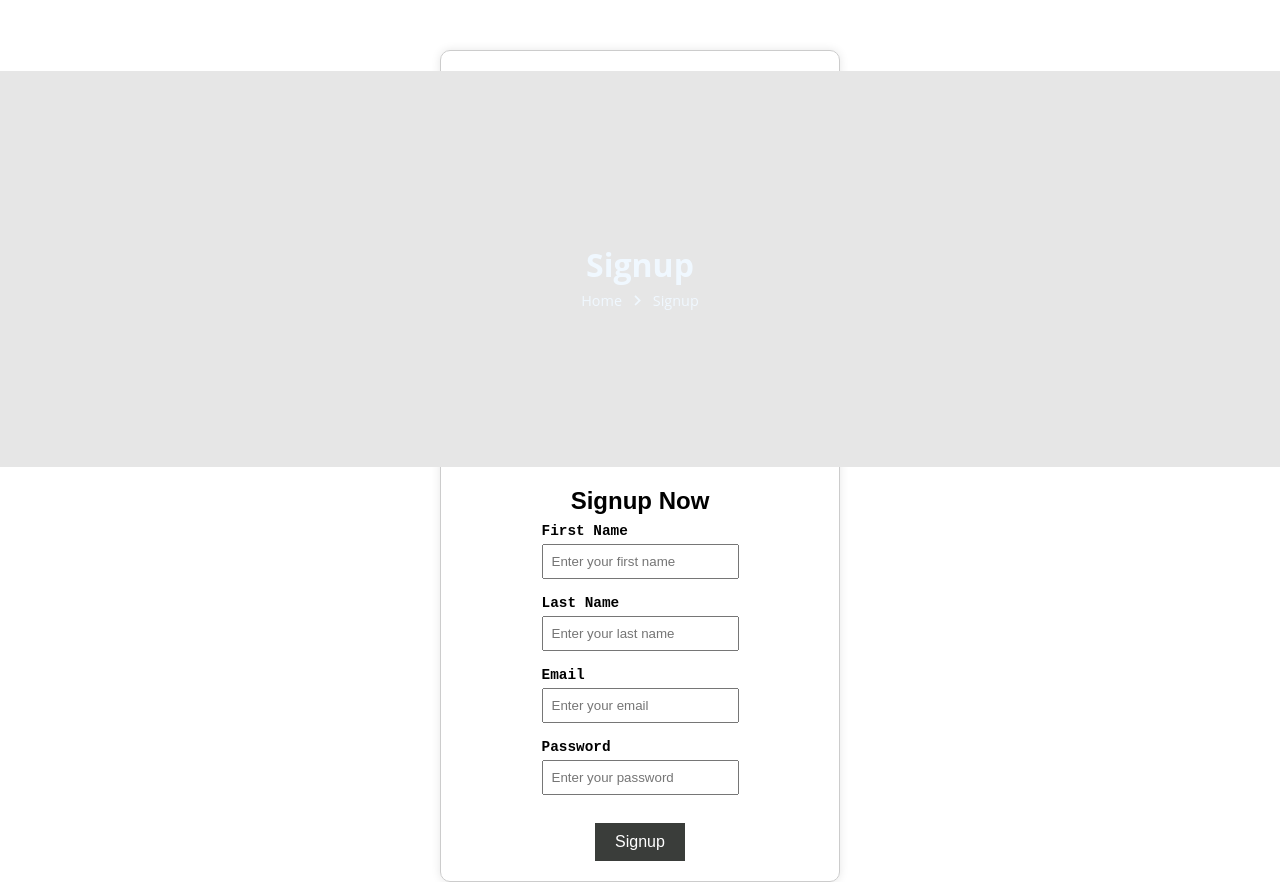
Repository: jkvekariya/Online-store-Management
Page: /auth/signup (app in frontend/client/)
These files come from the project's save history. The page is drawn as it stood at one moment and after the next save; the edit follows.
The browser window is 1280 px wide. The pictures show the whole page.
The project was rebuilt for these pictures with package versions that can differ from the ones it lists, and the page was loaded fresh each time. Also part of the build but not shown: frontend/client/vite.config.js, frontend/client/src/css/header.css, frontend/client/src/css/sidebar.css, frontend/client/src/components/Sidebar.jsx, frontend/client/src/context/CartContext.jsx, frontend/client/src/components/Header.jsx, frontend/client/src/css/footer.css, frontend/client/src/components/Footer.jsx and 11 more.

Above is the page before, as saved 2026-01-02 13:35:20.

After the next save:
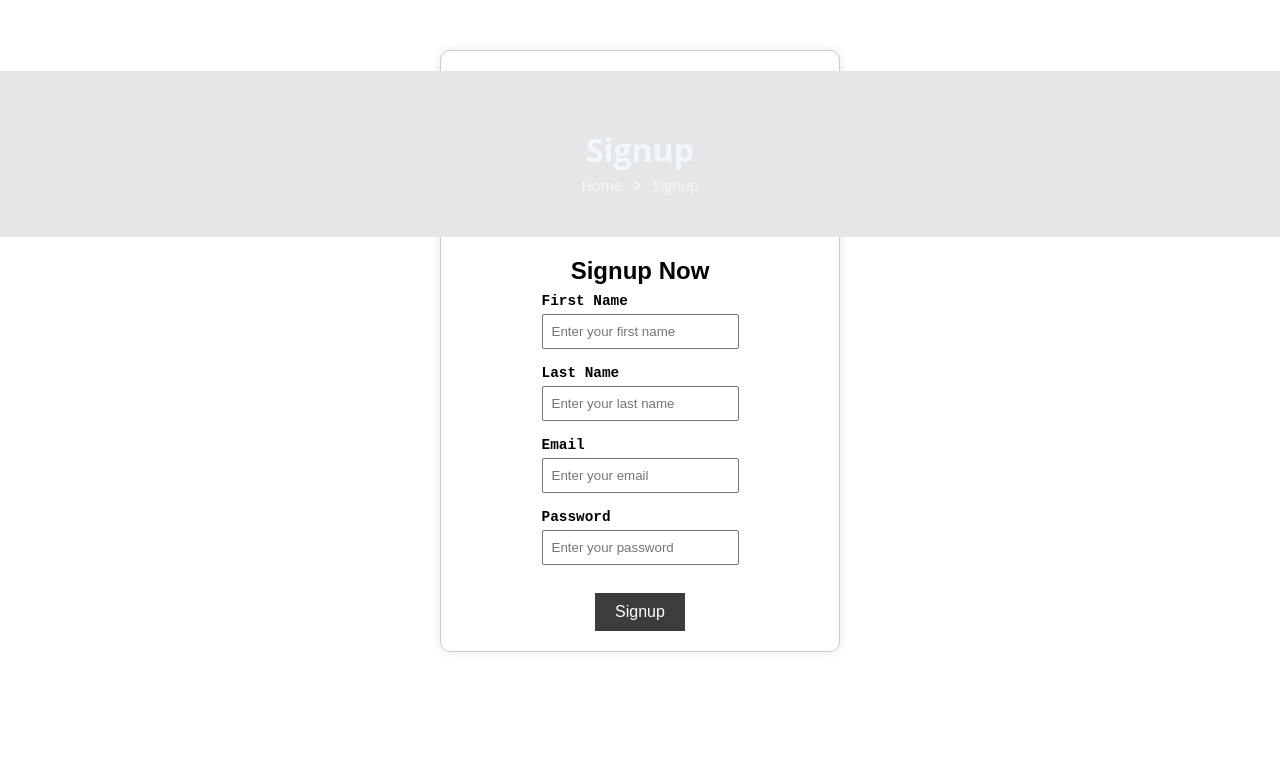
Saved 31 s later.
--- a/frontend/client/src/css/bodyheader.css
+++ b/frontend/client/src/css/bodyheader.css
@@ -9,7 +9,7 @@
 }
 
   .b-header-bg {
-    height: 55vh;
+    height: 23vh;
     width: 100vw;
     /* background-color: aqua; */
     background: var(--background-color);
